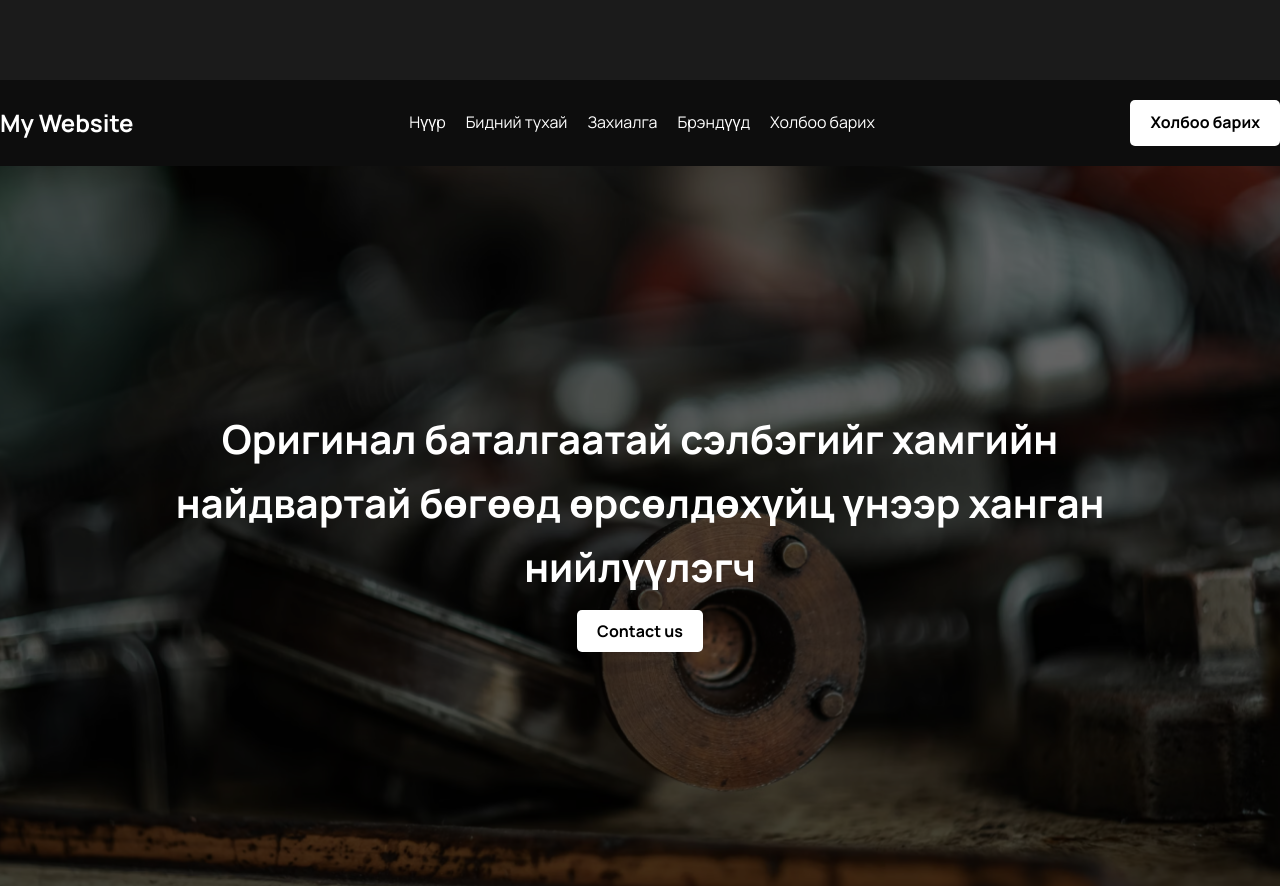
Repository: temuujinnn/mongol_kanain
Page: index.html
An editor plug-in stored every save of this project. The page is shown before and after the next save, followed by the edit.
The browser window is 1280 px wide. The pictures show the whole page.

Above is the page before, as saved 2024-08-22 17:38:25.

### index.html
<!DOCTYPE html>
<html lang="mn">

<head>
    <meta charset="UTF-8">
    <meta name="viewport" content="width=device-width, initial-scale=1.0">
    <title>My Custom Website</title>
    <link rel="stylesheet" href="style.css">
    <!-- Google Fonts Link -->
    <link href="https://fonts.googleapis.com/css2?family=Manrope:wght@400;700&display=swap" rel="stylesheet">
</head>

<body>
    <!-- Header Section -->
    <header>
        <div class="container">
            <div class="logo">
                <h1>My Website</h1>
            </div>
            <nav>
                <ul>
                    <li><a href="#home">Нүүр</a></li>
                    <li><a href="#about">Бидний тухай</a></li>
                    <li><a href="#order">Захиалга</a></li>
                    <li><a href="#brands">Брэндүүд</a></li>
                    <li><a href="#contact">Холбоо барих</a></li>
                </ul>
            </nav>
            <a href="#contact" class="contact-btn">Холбоо барих</a>
        </div>
    </header>

    <!-- Hero Section -->
    <section id="hero">
        <div class="overlay"></div>
        <div class="hero-content">
            <h1>Оригинал баталгаатай сэлбэгийг хамгийн найдвартай бөгөөд өрсөлдөхүйц үнээр ханган нийлүүлэгч</h1>
            <a href="#contact" class="button">Contact us</a>
        </div>
    </section>

    <!-- The rest of your content -->
</body>

</html>

### style.css
/* Basic Reset */
* {
    margin: 0;
    padding: 0;
    box-sizing: border-box;
}

body {
    font-family: 'Manrope', sans-serif;
    color: white;
    background-color: #1b1b1b;
    line-height: 1.6;
}

/* Header */
header {
    background-color: rgba(0, 0, 0, 0.5);
    /* Semi-transparent background */
    padding: 20px 0;
    position: relative;
    /* Ensure the header is not fixed */
    width: 100%;
    z-index: 1000;
    /* Keep the header on top of other content */
}

header .container {
    display: flex;
    justify-content: space-between;
    align-items: center;
}

header .logo h1 {
    color: #fff;
    font-size: 1.5rem;
    margin: 0;
}

header nav ul {
    list-style: none;
    display: flex;
    margin: 0;
    padding: 0;
}

header nav ul li {
    margin-left: 20px;
}

header nav ul li a {
    color: #fff;
    text-decoration: none;
    font-size: 1rem;
}

header nav ul li a:hover {
    color: #ffcc00;
}

header .contact-btn {
    background-color: #fff;
    color: #000;
    padding: 10px 20px;
    text-decoration: none;
    border-radius: 5px;
    font-weight: bold;
}

header .contact-btn:hover {
    background-color: #e6e6e6;
}

/* Hero Section */
#hero {
    position: relative;
    background: url('./images/m.png') no-repeat center center/cover;
    height: 100vh;
    display: flex;
    justify-content: center;
    align-items: center;
    text-align: center;
    color: #fff;
}

#hero .overlay {
    position: absolute;
    top: 0;
    left: 0;
    right: 0;
    bottom: 0;
    background: rgba(0, 0, 0, 0.5);
    /* Dark overlay */
}

.hero-content {
    z-index: 1;
    max-width: 80%;
}

.hero-content h1 {
    font-size: 2.5rem;
    margin-bottom: 20px;
}

.hero-content .button {
    padding: 10px 20px;
    background: #fff;
    color: #000;
    text-decoration: none;
    border-radius: 5px;
    font-weight: bold;
    transition: background-color 0.3s ease;
}

.hero-content .button:hover {
    background-color: #e6e6e6;
}

/* Adjusting body padding to avoid header overlay */
body {
    padding-top: 80px;
}

After the next save:
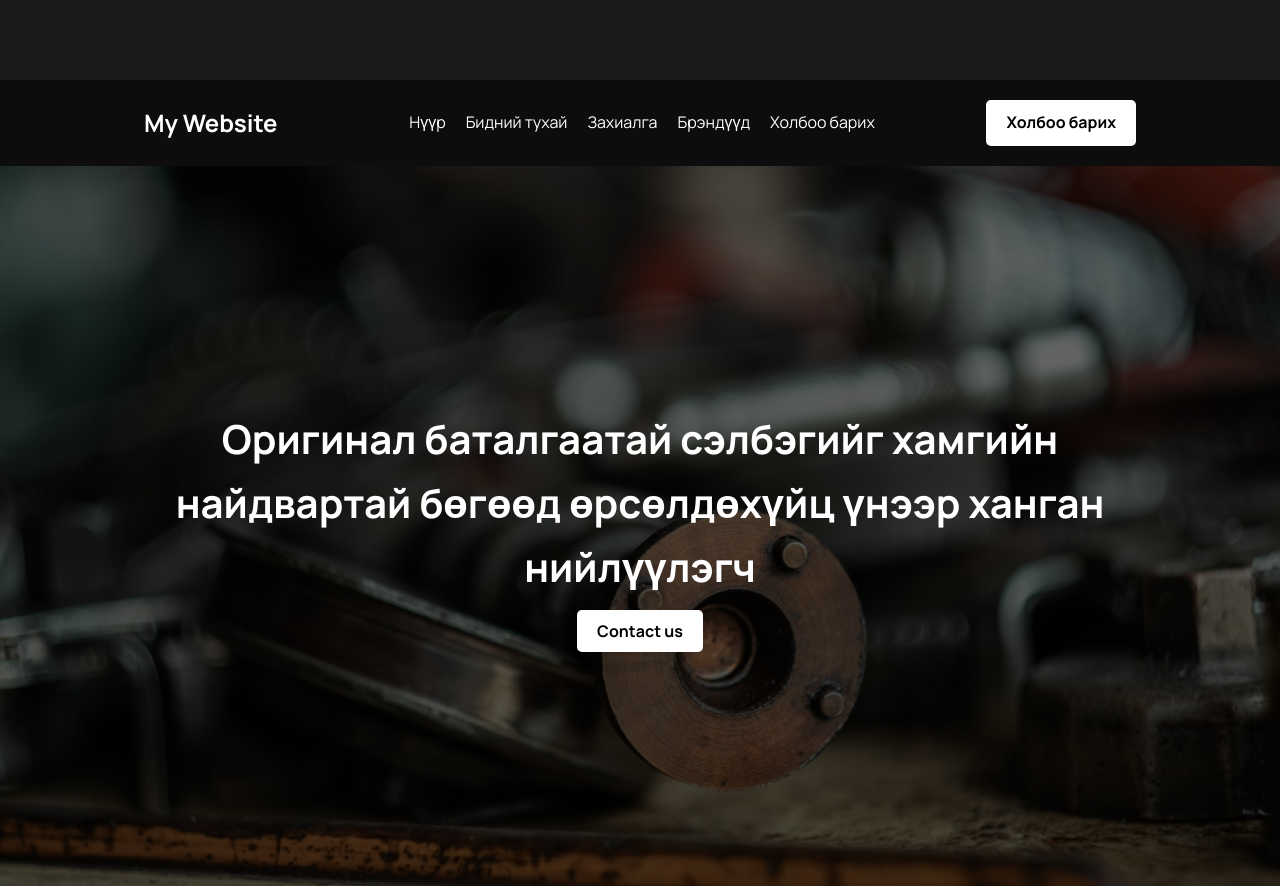
Saved 21 s later.
--- a/style.css
+++ b/style.css
@@ -26,6 +26,8 @@
 
 header .container {
     display: flex;
+    padding-left: 144px;
+    padding-right: 144px;
     justify-content: space-between;
     align-items: center;
 }
